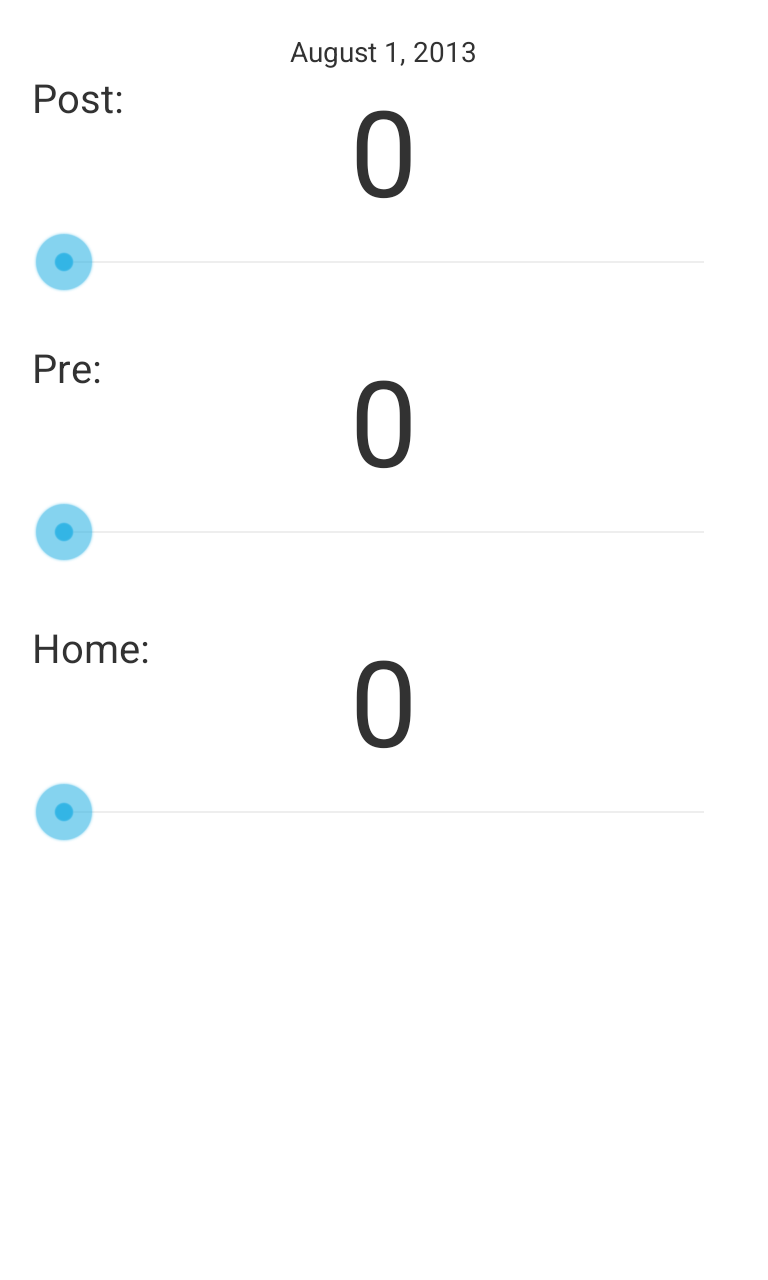
Repository: jemcphe/XCell
Layout: XCell/res/layout/phones.xml
An editor plug-in stored every save of this project. The layout is shown before and after the next save, followed by the edit.
It is drawn on a 768 x 1280 px phone screen (xhdpi) without system bars, with theme Theme.Xcell; the app's code is not run.

Above is the layout before, as saved 2013-08-29 07:23:50.

After the next save:
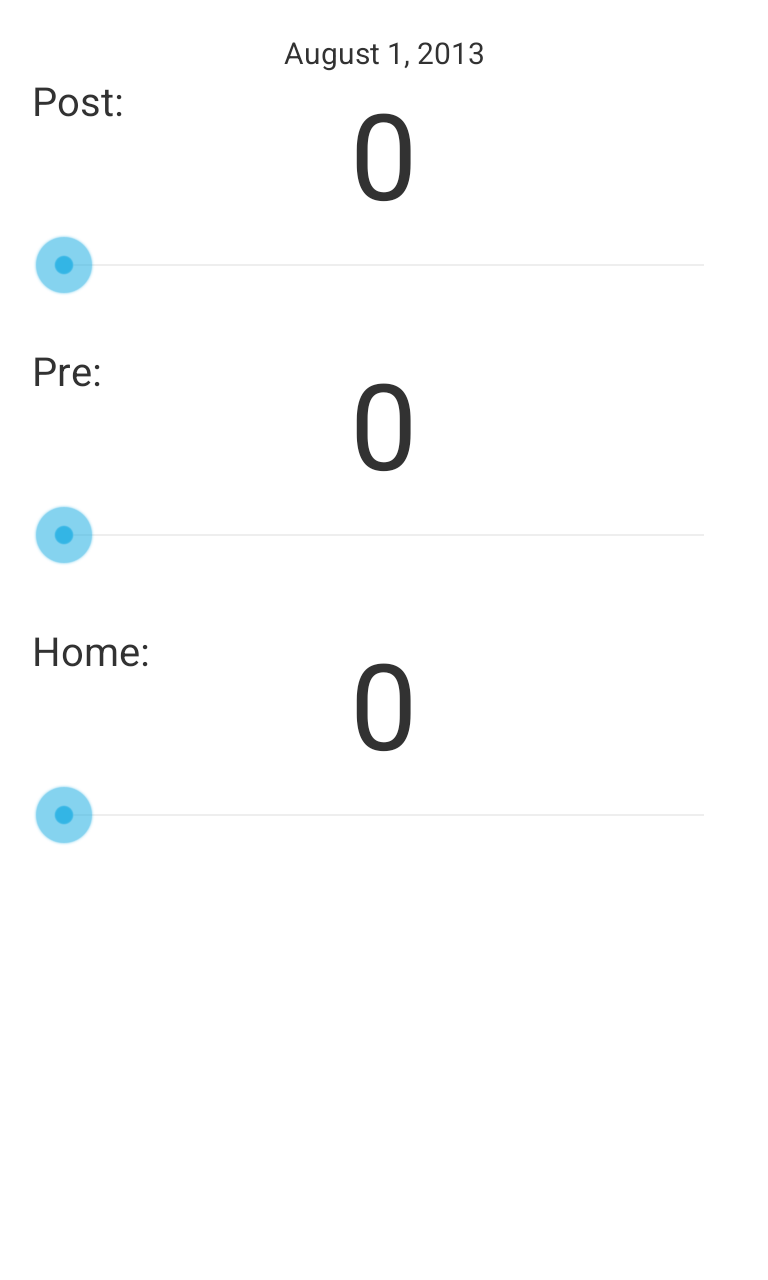
Saved 2 min 22 s later.
--- a/XCell/res/layout/phones.xml
+++ b/XCell/res/layout/phones.xml
@@ -12,7 +12,7 @@
         android:layout_width="wrap_content"
         android:layout_height="wrap_content"
         android:layout_alignParentLeft="true"
-        android:layout_below="@+id/phones_date"
+        android:layout_below="@+id/phonesDate"
         android:textSize="20sp"
         android:text="Post:" />
 
@@ -67,13 +67,15 @@
         android:textSize="60sp"
         android:text="0" />
 
-    <TextView
-        android:id="@+id/phones_date"
-        android:layout_width="wrap_content"
+   <TextView
+        android:id="@+id/phonesDate"
+        android:layout_width="250dp"
         android:layout_height="wrap_content"
         android:layout_alignParentTop="true"
         android:layout_centerHorizontal="true"
-        android:text="August 1, 2013" />
+        android:text="August 1, 2013"
+        android:textSize="15sp"
+        android:gravity="center"/>
 
     <TextView
         android:id="@+id/preLabel"
